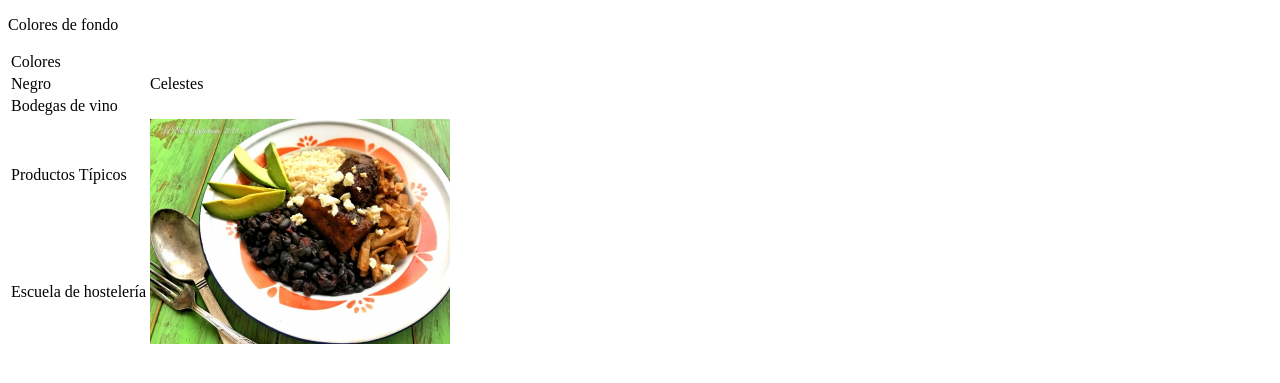
Repository: ThePerez/ArgProg
Page: Practicas ArgProg/Practica 3/Ejercicio 5/index.html
An editor plug-in stored every save of this project. The page is shown before and after a run of saves, followed by the edit.
The browser window is 1280 px wide. The pictures show the whole page.

Above is the page before, as saved 2023-03-14 11:46:20.

After the next 4 saves:
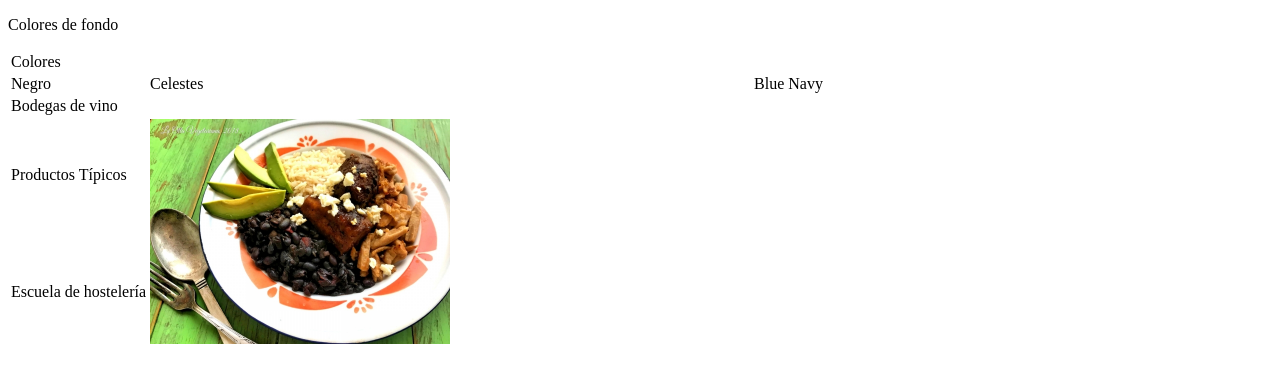
The 4 saves are shown as one change because they came seconds apart.
The last was saved 16 s later.
--- a/Practicas ArgProg/Practica 3/Ejercicio 5/index.html
+++ b/Practicas ArgProg/Practica 3/Ejercicio 5/index.html
@@ -20,7 +20,8 @@
                <tr>
                     <td>Negro</td>
                     <td>Celestes</td>
-                    <td></td>
+                    <td>Blue</td>
+                    <td>Navy</td>
                </tr>
                <tr>
                     <td>Bodegas de vino </td>
